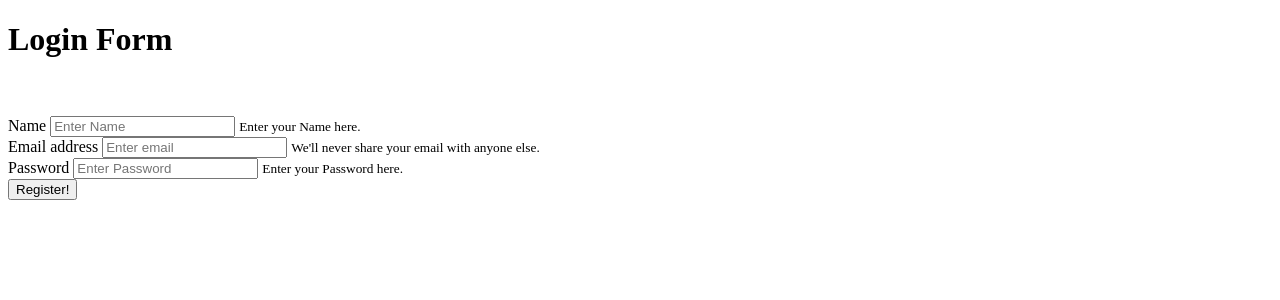
Repository: high-in-entropy/SpringFramework
Page: http://localhost/springmvc/WEB-INF/views/login.jsp
The author's editor kept a copy of each file at every save. The page is drawn from the files as they stood at one save, then again after the next save.
The browser window is 1280 px wide. The pictures show the whole page.
The page is served by Tomcat 9. Nobody is signed in. Other server files are loaded and not shown. The template is opened directly, without the code that normally fills it, so the values that code supplies are empty.

Above is the page before, as saved 2021-08-24 11:09:42.

### springmvc/src/main/webapp/WEB-INF/views/login.jsp
<%@ page language="java" contentType="text/html; charset=ISO-8859-1"
    pageEncoding="ISO-8859-1"%>
<!DOCTYPE html>
<html>
<head>
<meta charset="ISO-8859-1">
<title>Login</title>
</head>
<body>

<div class="container mt-5">
   <h1 class="text-center">Login Form</h1><br><br>
  <%--  <% if(null!=success){%>
	  <h3 class="text-center"><%=success%> </h3>
  <% } %>
  <%=request.getAttribute("Success") %> --%>
   <form action="processForm" method="post">
   		<div class="form-group">
   			<label for="userName">Name</label>
   			<input type="text" class="form-control" id="userName" aria-describedby="userNameHelp" placeholder="Enter Name" name="userName" required>
   			<small id="emailHelp" class="form-text text-muted">Enter your Name here.</small>
 		</div>

 		<div class="form-group">
   			<label for="exampleInputEmail1">Email address</label>
   			<input type="email" class="form-control" id="exampleInputEmail1" aria-describedby="emailHelp" placeholder="Enter email" name="userEmail" required>
   			<small id="emailHelp" class="form-text text-muted">We'll never share your email with anyone else.</small>
 		</div>

 		<div class="form-group">
   			<label for="userPassword">Password</label>
   			<input type="password" class="form-control" id="userPassword" aria-describedby="emailHelp" placeholder="Enter Password" name="userPassword" required>
   			<small id="emailHelp" class="form-text text-muted">Enter your Password here.</small>
 		</div>
 		<div class="container text-center">
 		<button type="submit" class="btn btn-success">Register!</button>
 		</div>
 	</form>
 	</div>

</body>
</html>

After the next save:
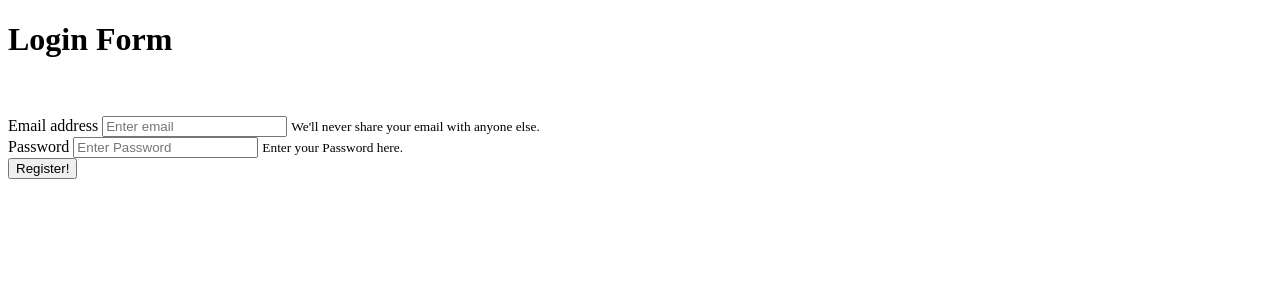
Saved 10 s later.
--- a/springmvc/src/main/webapp/WEB-INF/views/login.jsp
+++ b/springmvc/src/main/webapp/WEB-INF/views/login.jsp
@@ -15,12 +15,6 @@
   <% } %>
   <%=request.getAttribute("Success") %> --%>
    <form action="processForm" method="post">
-   		<div class="form-group">
-   			<label for="userName">Name</label>
-   			<input type="text" class="form-control" id="userName" aria-describedby="userNameHelp" placeholder="Enter Name" name="userName" required>
-   			<small id="emailHelp" class="form-text text-muted">Enter your Name here.</small>
- 		</div>
-
  		<div class="form-group">
    			<label for="exampleInputEmail1">Email address</label>
    			<input type="email" class="form-control" id="exampleInputEmail1" aria-describedby="emailHelp" placeholder="Enter email" name="userEmail" required>
